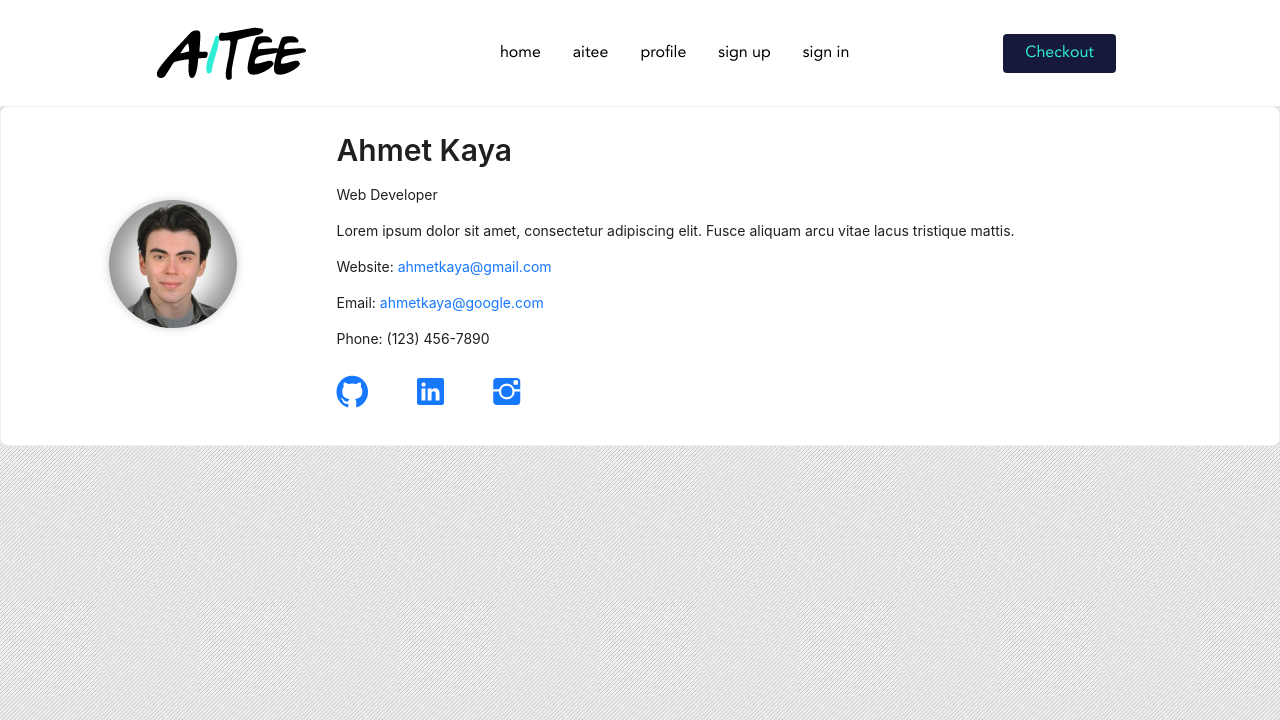
Repository: berkerugras/AITEE-FE
Page: /profile
These files come from the project's save history. The page is drawn as it stood at one moment and after the next save; the edit follows.
The browser window is 1280 px wide. The pictures show the whole page.
The project was rebuilt for these pictures with package versions that can differ from the ones it lists, and the page was loaded fresh each time. Also part of the build but not shown: src/components/background.js, src/3dmodel/Tees.js, src/pages/aitee.js, src/3dmodel/Tee.js, src/pages/home.js, src/pages/buttonTest.js, src/pages/cart.js, src/pages/signup.js and 1 more.

Above is the page before, as saved 2023-03-19 12:07:39.

### src/index.js
import React from 'react';
import ReactDOM from 'react-dom/client';
import styled from "styled-components";
import Background from "./components/background";
import { BrowserRouter, Route, Routes } from 'react-router-dom';
import Aitee from './pages/aitee';
import Home from './pages/home';
import ButtonTest from './pages/buttonTest';
import Navbar from './components/navbar/NavbarTop';
import './styles/style.css';
import ProfilePage from './pages/profilePage';
import CartPage from './pages/cart';
import SignupPage from './pages/signup';
import SignInPage from './pages/signin';
export default function App() {
  return (
    <>
      <Navbar></Navbar>
      <BrowserRouter>
        <Routes>
          <Route path="/aitee" element={<Aitee />}>
            <Route index element={<Aitee />} />
          </Route>
          <Route path="/" element={<Home />}>
            <Route index element={<Home />} />
          </Route>
          <Route path="/buttontest" element={<ButtonTest />}>
            <Route index element={<ButtonTest />} />
          </Route>
          <Route path="/profile" element={<ProfilePage />}>
            <Route index element={<ProfilePage />} />
          </Route>
          <Route path="/cart" element={<CartPage />}>
            <Route index element={<CartPage />} />
          </Route>
          <Route path="/signup" element={<SignupPage />}>
            <Route index element={<SignupPage />} />
          </Route>
          <Route path="/signin" element={<SignInPage />}>
            <Route index element={<SignInPage />} />
          </Route>
        </Routes>
      </BrowserRouter>
    </>
  );
}

const root = ReactDOM.createRoot(document.getElementById('root'));
root.render(<App />);



// const root = ReactDOM.createRoot(document.getElementById('root'));
// root.render(
//   <React.StrictMode>
//     <App />
//   </React.StrictMode>
// );

// If you want to start measuring performance in your app, pass a function
// to log results (for example: reportWebVitals(console.log))
// or send to an analytics endpoint. Learn more: https://bit.ly/CRA-vitals
//reportWebVitals();

### src/components/navbar/NavbarTop.js
import React from "react";
import './navbar.css';

const Navbar = () => {
    return (
        <>
            <div class="Nav">
                <div class="NavLink">
                    <img src={require('../../images/logos/logo1.png')} alt="" />
                </div>

                <div class="Bars" />
                <div class="NavMenu">
                    <a class="NavLink" href='/'>home</a>
                    <a class="NavLink" href='/aitee'>aitee</a>
                    <a class="NavLink" href='/profile'>profile</a>
                    <a class="NavLink" href='/signup'>sign up</a>
                    <a class='NavLink' href='/signin'>sign in</a>
                </div>

                <div class="NavButton">
                    <a class='NavButtonLink' href='/cart'>Checkout</a>
                </div>
            </div>
        </>
    );

}

export default Navbar

### src/styles/style.css
@import url(https://fonts.googleapis.com/css?family=Lato);
@import url(https://fonts.googleapis.com/css?family=Oswald);
@import url(https://code.ionicframework.com/ionicons/2.0.1/css/ionicons.min.css);

@font-face {
    font-family: MainFont;
    src: url(../../public/AvenirLTPro-Roman.ttf);
}

* {
    margin: 0;
}

body {
    background-image: url('../images/bg.jfif');
    background-repeat: repeat !important;
    ;
}

.about-container {
    width: 80rem;
    height: 100%;
    margin: 2rem;
    padding: 2rem;
    background-color: #ffffff;
    border: 2px solid #2fedd4;
    color: #6e6e73;
    font-family: 'MainFont';
    text-align: center
}

.about-card {
    font-family: 'Lato', Arial, sans-serif;
    position: relative;
    display: inline-block;
    overflow: hidden;
    margin: 10px;
    min-width: 250px;
    max-width: 310px;
    height: 300px;
    width: 100%;
    background-color: #ffffff;
    color: #2B2B2B;
    text-align: center;
    font-size: 16px;
    box-shadow: 0 0 5px rgba(0, 0, 0, 0.15);
}

.about-card * {
    -webkit-box-sizing: border-box;
    box-sizing: border-box;
}

.about-card .profile-image {
    padding: 15% 10% 0;
}

.about-card .profile-image img {
    max-width: 100%;
    vertical-align: top;
    position: relative;
    border-radius: 50%;
    max-width: 40%;
}

.about-card figcaption {
    padding: 5% 10% 15%;
}

.about-card h3 {
    font-family: 'Oswald';
    text-transform: uppercase;
    font-size: 20px;
    font-weight: 400;
    line-height: 24px;
    margin: 3px 0;
}

.about-card h5 {
    font-weight: 400;
    margin: 0;
    text-transform: uppercase;
    color: #888;
    letter-spacing: 1px;
}

.about-card .icons i {
    color: #999;
    display: inline-block;
    margin-right: 5px;
    font-size: 1.5em;
}

.about-card .icons i:hover {
    color: #555;
}

.about-card .icons i a {
    text-decoration: none;
}
.profile-image-container {
    width: 128px;
    height: 128px;
    border-radius: 50%;
    overflow: hidden;
    box-shadow: 0px 0px 10px rgba(0, 0, 0, 0.2);
  }

  .profile-image-container img {
    width: 100%;
    height: 100%;
    object-fit: cover;
  }
  .signup-page {
    display: flex;
    justify-content: center;
    align-items: center;
    height: 100vh;
  }

  .signup-card {
    width: 400px;
    border-radius: 8px;
    box-shadow: 0px 4px 12px rgba(0, 0, 0, 0.1);
  }

  .signup-card .ant-card-head-title {
    font-size: 24px;
    font-weight: bold;
  }

  .signup-card .ant-form-item-label {
    font-size: 18px;
  }

  .signup-card .ant-input,
  .signup-card .ant-input-password {
    font-size: 18px;
  }

  .signup-card .ant-form-item-control {
    margin-bottom: 24px;
  }

  .signup-card .ant-btn {
    width: 100%;
    font-size: 18px;
  }

### src/pages/profilePage.js
import React from 'react';
import { Avatar, Card, Col, Divider, Grid, Row, Typography } from 'antd';
import { GithubOutlined, LinkedinOutlined, InstagramOutlined } from '@ant-design/icons';

const { Title, Paragraph } = Typography;
const { useBreakpoint } = Grid;

const ProfilePage = () => {
  const screens = useBreakpoint();
  const isSmallScreen = screens.xs || screens.sm;
  const gridLayout = isSmallScreen ? { span: 24 } : { span: 12, offset: 2 };

  return (
    <div>
      <Card style={{ width: '100%' }}>
        <Row gutter={[16, 16]} align="middle">
          <Col span={6}>
            <div style={{ display: 'flex', justifyContent: 'center', marginBottom: '24px' }}>
              <div className="profile-image-container">
                <img src="ege.jfif" alt="profile" />
              </div>
            </div>
          </Col>
          <Col span={18}>
            <Title level={2}>Ahmet Kaya</Title>
            <Paragraph>Web Developer</Paragraph>
            <Paragraph>
              Lorem ipsum dolor sit amet, consectetur adipiscing elit. Fusce aliquam arcu vitae lacus tristique mattis.
            </Paragraph>
            <Paragraph>Website: <a href="ahmetkaya@gmail.com">ahmetkaya@gmail.com</a></Paragraph>
            <Paragraph>Email: <a href="mailto:ahmetkaya@google.com">ahmetkaya@google.com</a></Paragraph>
            <Paragraph>Phone: (123) 456-7890</Paragraph>
            <div className="icons" style={{display:"flex",
                                          justifyContent:"space-between",
                                          width:"20%"}}>
              <a href="https://github.com/egesevinc/"><i className="ion-social-github" style={{ fontSize: '36px' }}></i></a>
              <a href="https://www.linkedin.com/in/egesevincc"><i className="ion-social-linkedin" style={{ fontSize: '36px' }}></i></a>
              <a href="https://www.instagram.com/egessevinc/"><i className="ion-social-instagram" style={{ fontSize: '36px' }}></i></a>
            </div>
          </Col>
        </Row>
      </Card>
    </div>
  );
};

export default ProfilePage;

### src/components/navbar/navbar.css
@font-face {
    font-family: NavFont;
    src: url(../../../public/AvenirLTPro-Roman.ttf);
}

.Nav {
    background: rgb(255, 255, 255);
    height: 90px;
    display: flex;
    justify-content: space-between;
    padding: 0.5rem calc((100vw - 1000px) / 2);
    z-index: 10;
    border-bottom: 1px #000000;
}

.NavLink {
    color: #000000;
    font-family: 'NavFont';
    display: flex;
    align-items: center;
    text-decoration: none;
    padding: 0 1rem;
    height: 100%;
    cursor: pointer;
}

.NavLink:active {
    color: #558fca;
}



.Bars {
    display: none;
    color: #fff;

    @media screen and (max-width: 768px) {
        display: block;
        position: absolute;
        top: 0;
        right: 0;
        transform: translate(-100%, 75%);
        font-size: 1.8rem;
        cursor: pointer;
    }
}

.NavMenu {
    display: flex;
    align-items: center;
    margin-right: -24px;

    @media screen and (max-width: 768px) {
        display: none;
    }
}


.NavButton {
    display: flex;
    align-items: center;
    margin-right: 24px;

    @media screen and (max-width: 768px) {
        display: none;
    }

}


.NavButtonLink {
    border-radius: 4px;
    background: #16193a;
    font-family: 'NavFont';
    padding: 10px 22px;
    color: #2fedd4;
    border: none;
    outline: none;
    cursor: pointer;
    transition: all 0.2s ease-in-out;
    text-decoration: none;
}


.NavButtonLink:hover {
    transition: all 0.3s ease-in-out;
    background: rgb(182, 182, 182);
    color: #010606;
}

Loaded but not shown: public/index.html (common file)

After the next save:
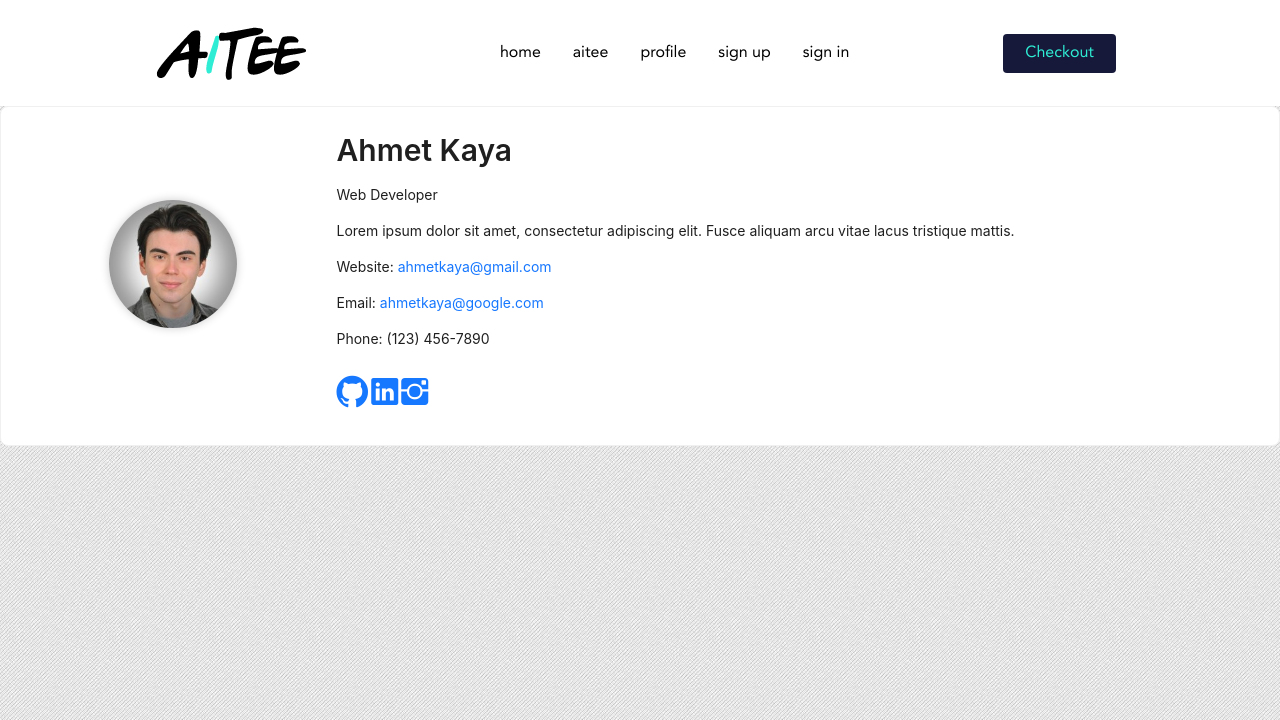
Saved 2 min 50 s later.
--- a/src/pages/profilePage.js
+++ b/src/pages/profilePage.js
@@ -32,7 +32,7 @@
             <Paragraph>Phone: (123) 456-7890</Paragraph>
             <div className="icons" style={{display:"flex",
                                           justifyContent:"space-between",
-                                          width:"20%"}}>
+                                          width:"10%"}}>
               <a href="https://github.com/egesevinc/"><i className="ion-social-github" style={{ fontSize: '36px' }}></i></a>
               <a href="https://www.linkedin.com/in/egesevincc"><i className="ion-social-linkedin" style={{ fontSize: '36px' }}></i></a>
               <a href="https://www.instagram.com/egessevinc/"><i className="ion-social-instagram" style={{ fontSize: '36px' }}></i></a>

After the save that followed:
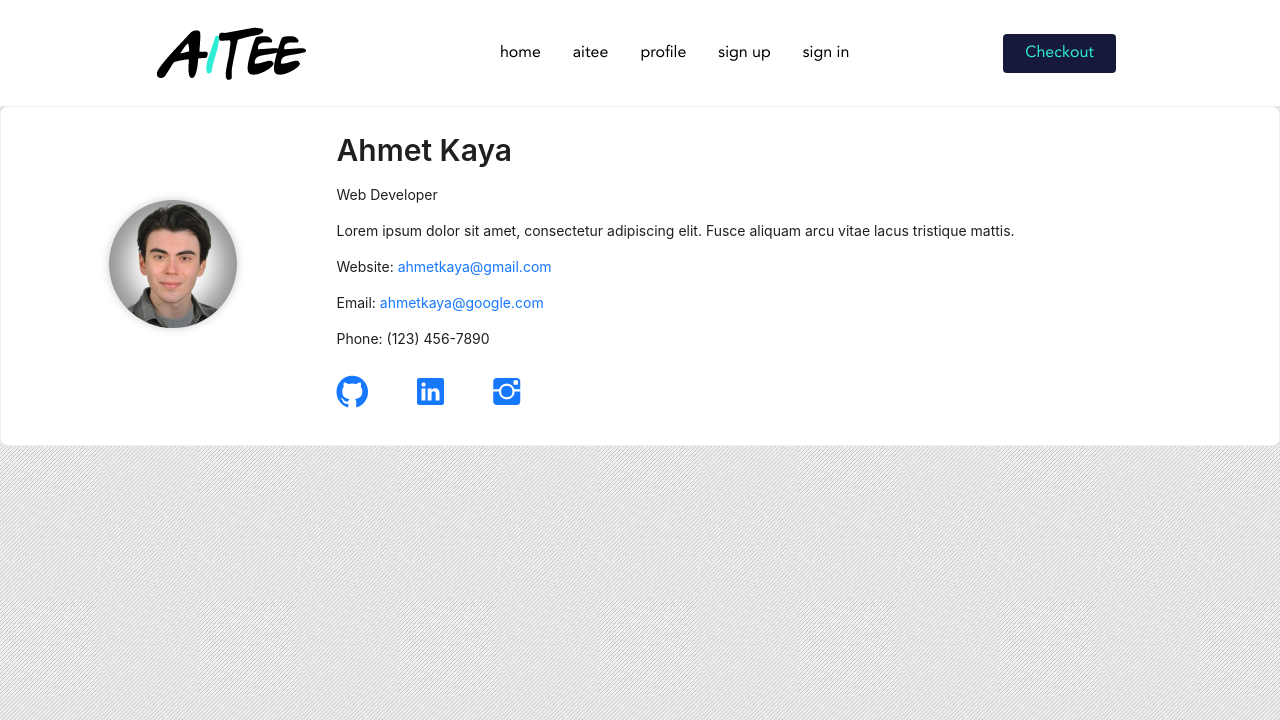
Saved 12 s later.
--- a/src/pages/profilePage.js
+++ b/src/pages/profilePage.js
@@ -32,7 +32,7 @@
             <Paragraph>Phone: (123) 456-7890</Paragraph>
             <div className="icons" style={{display:"flex",
                                           justifyContent:"space-between",
-                                          width:"10%"}}>
+                                          width:"20%"}}>
               <a href="https://github.com/egesevinc/"><i className="ion-social-github" style={{ fontSize: '36px' }}></i></a>
               <a href="https://www.linkedin.com/in/egesevincc"><i className="ion-social-linkedin" style={{ fontSize: '36px' }}></i></a>
               <a href="https://www.instagram.com/egessevinc/"><i className="ion-social-instagram" style={{ fontSize: '36px' }}></i></a>
